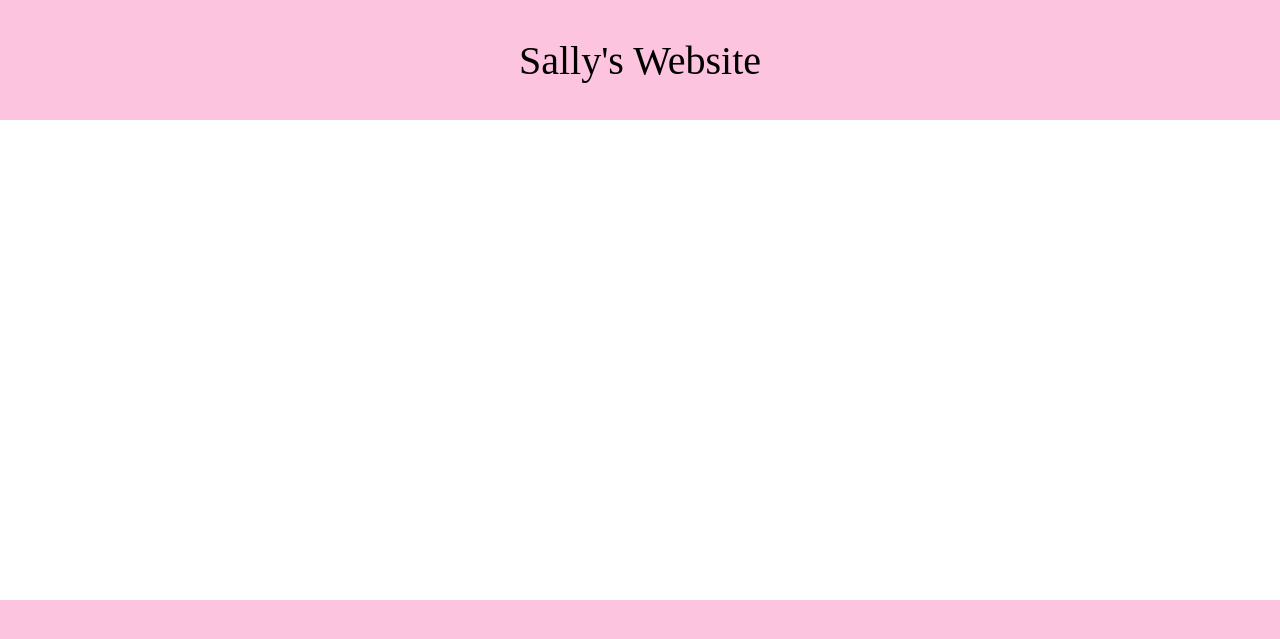
Repository: tianjiewang2022/tianjiewang2022.github.io
Page: index.html
These files come from the project's save history. The page is drawn as it stood at one moment and after the next save; the edit follows.
The browser window is 1280 px wide. The pictures show the whole page.

Above is the page before, as saved 2023-10-02 20:41:00.

### index.html
<!DOCTYPE html>
<html lang="en">

    <head>
        <meta charset="UTF-8">
        <meta name="viewport" content="width=device-width, initial-scale=1.0">
        <title>Sally's Webpage</title>
        <style>
            body {
                margin: 0;
                padding: 0;
                display: grid;
                grid-template-rows: repeat(6, 1fr);
                grid-template-columns: repeat(6, 1fr);
                height: 100vh;
            }

            header {
                background-color: rgb(252, 196, 223);
                color: rgb(0, 0, 0);
                grid-column: 1 / span 6;
                display: flex;
                justify-content: center;
                align-items: center;
                font-size: 40px;
            }

            .flex-container {
                display: flex;

                flex-wrap: wrap;
                justify-content: space-between;
                padding-left: 10%;
                padding-right: 10%;
            }

            .flex-box {
                height: calc(16.67%*4 - 20px);
                background-color: rgb(252, 196, 223);
                text-align: center;
                display: flex;
                align-items: center;
                justify-content: center;
            }

            .left_bar {
                background-color: rgb(252, 196, 223);
                grid-row: 2 / span 4;
                grid-column: 1 / span 1;
            }

            .main_area {
                background-color: rgb(252, 196, 223);
                grid-row: 2 / span 4;
                grid-column: 2 / span 4;
                display: flex;
                justify-content: center;
                align-items: center;
                position: relative;
            }

            .right_bar {
                background-color: rgb(252, 196, 223);
                grid-row: 2 / span 4;
                grid-column: 6 / span 1;
            }

            footer {
                background-color: rgb(252, 196, 223);
                /* Choose your header color */

                position: fixed;
                bottom: 0;
                width: 100%;
                height: 16.67%;
                display: flex;
                align-items: center;
                justify-content: center;
                z-index: 100;
            }
        </style>
    </head>

    <body>
        <header>
            Sally's Website
        </header>
        <div class="flex-container">
            <!-- Your content goes here -->
            <span class="flex-box left_bar"></span>
            <span class="flex-box main_area"></span>
            <span class="flex-box right_bar"></span>
        </div>
        <footer></footer>
    </body>

</html>

After the next save:
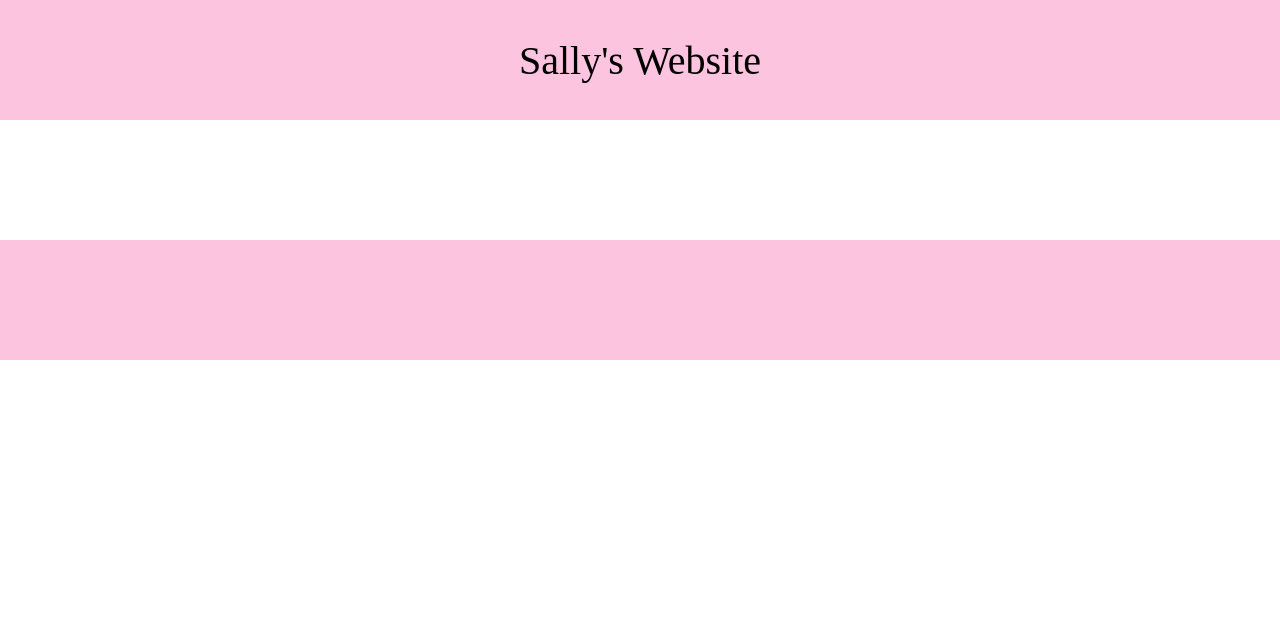
Saved 52 s later.
--- a/index.html
+++ b/index.html
@@ -67,16 +67,11 @@
 
             footer {
                 background-color: rgb(252, 196, 223);
-                /* Choose your header color */
-
-                position: fixed;
-                bottom: 0;
-                width: 100%;
-                height: 16.67%;
+                color: rgb(0, 0, 0);
+                grid-column: 1 / span 6;
                 display: flex;
+                justify-content: center;
                 align-items: center;
-                justify-content: center;
-                z-index: 100;
             }
         </style>
     </head>
